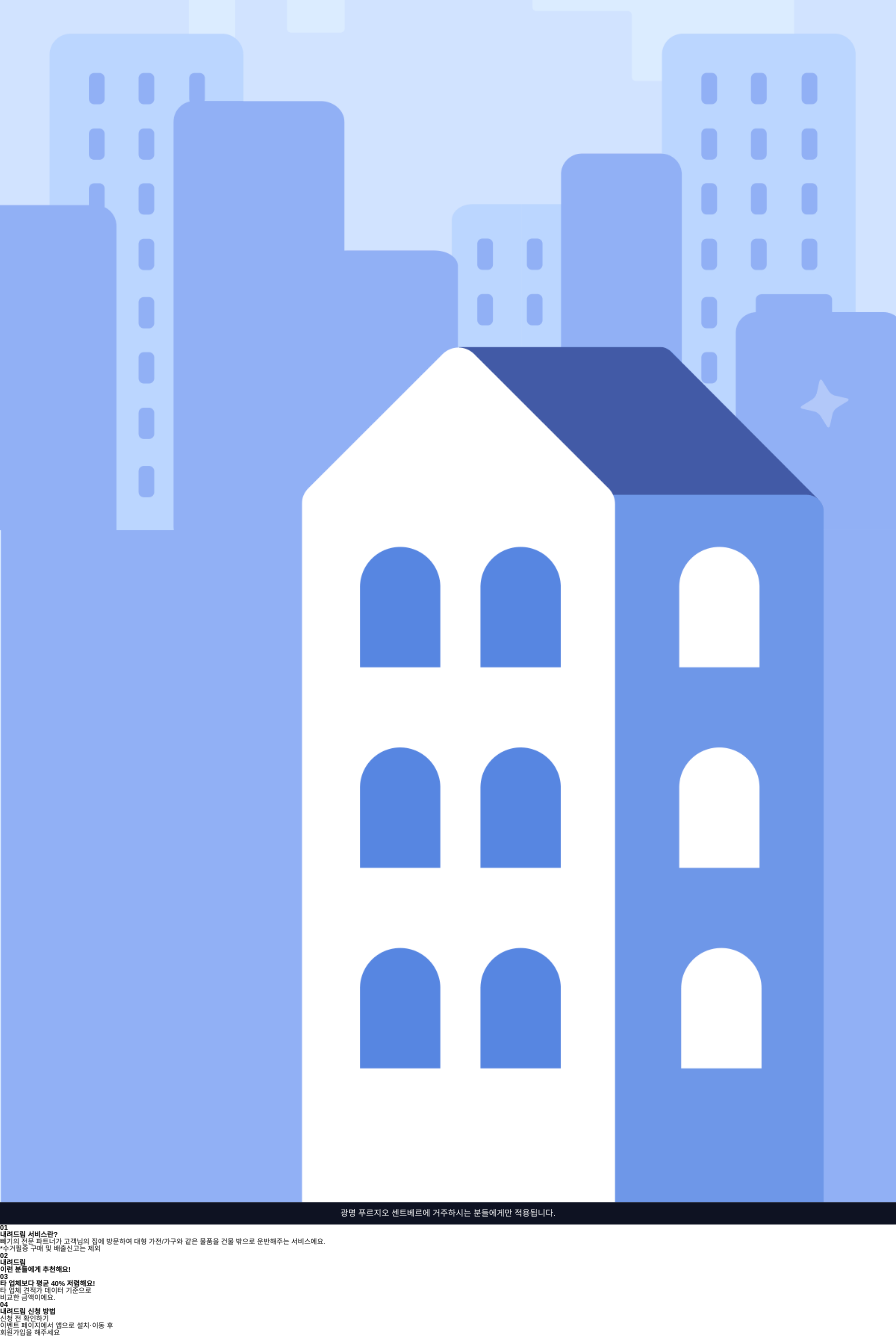
Repository: seraLeeDev/lgthinq-test
Page: index2.html
These files come from the project's save history. The page is drawn as it stood at one moment and after the next save; the edit follows.
The browser window is 1280 px wide. The pictures show the part of the page from y = 1725 to 3645 px (the page is 3635 px tall before and 3645 px after), at 70% of full size.
Some web fonts or font styles are not loaded; a fallback is used.

Above is the page before, as saved 2023-03-14 11:43:52.
Console error: ReferenceError: AOS is not defined

### index2.html
<!DOCTYPE html>
<html lang="ko">
  <head>
    <meta charset="UTF-8" />
    <meta http-equiv="X-UA-Compatible" content="IE=edge" />
    <meta name="viewport" content="width=device-width, initial-scale=1.0" />
    <title>빼기 | 새롭게 버리는 공식</title>
    <link as="style" rel="stylesheet" href="/css/reset.css" />
    <link as="style" rel="stylesheet" href="/css/font.css" />
    <link as="style" rel="stylesheet" href="/css/style.css" />
    <link href="https://unpkg.com/aos@2.3.1/dist/aos.css" rel="stylesheet" />
    <link
      rel="stylesheet"
      href="https://cdn.jsdelivr.net/gh/orioncactus/pretendard@v1.3.5/dist/web/static/pretendard-dynamic-subset.css"
    />
    <link
      rel="apple-touch-icon"
      sizes="57x57"
      href="/icons/apple-icon-57x57.png"
    />
    <link
      rel="apple-touch-icon"
      sizes="60x60"
      href="/icons/apple-icon-60x60.png"
    />
    <link
      rel="apple-touch-icon"
      sizes="72x72"
      href="/icons/apple-icon-72x72.png"
    />
    <link
      rel="apple-touch-icon"
      sizes="76x76"
      href="/icons/apple-icon-76x76.png"
    />
    <link
      rel="apple-touch-icon"
      sizes="114x114"
      href="/icons/apple-icon-114x114.png"
    />
    <link
      rel="apple-touch-icon"
      sizes="120x120"
      href="/icons/apple-icon-120x120.png"
    />
    <link
      rel="apple-touch-icon"
      sizes="144x144"
      href="/icons/apple-icon-144x144.png"
    />
    <link
      rel="apple-touch-icon"
      sizes="152x152"
      href="/icons/apple-icon-152x152.png"
    />
    <link
      rel="apple-touch-icon"
      sizes="180x180"
      href="/icons/apple-icon-180x180.png"
    />
    <link
      rel="icon"
      type="image/png"
      sizes="192x192"
      href="/icons/android-icon-192x192.png"
    />
    <link
      rel="icon"
      type="image/png"
      sizes="32x32"
      href="/icons/favicon-32x32.png"
    />
    <link
      rel="icon"
      type="image/png"
      sizes="96x96"
      href="/icons/favicon-96x96.png"
    />
    <link
      rel="icon"
      type="image/png"
      sizes="16x16"
      href="/icons/favicon-16x16.png"
    />
    <script type="text/javascript" src="/js/index.js"></script>
    <script src="https://unpkg.com/aos@2.3.1/dist/aos.js"></script>
  </head>
  <body>
    <div class="wrapper">
      <!-- 01 : 메인 -->
      <article class="article-box">
        <div class="full-img-box">
          <img src="./img/[LG ThinQ] main img.gif" alt="내려드림,할인드림" />
        </div>
        <div class="main-notice">
          <p>광명 푸르지오 센트베르에 거주하시는 분들에게만 적용됩니다.</p>
        </div>
      </article>
      <!-- 02 : ThinQ & 빼기 설명 -->
      <article></article>
      <!-- 03 : 내려드림 소개 -->
      <article>
        <!-- 03-1. 내려드림 서비스란? -->
        <section>
          <b>01</b>
          <h2>내려드림 서비스란?</h2>
          <p>
            빼기의 전문 파트너가 고객님의 집에 방문하여 대형 가전/가구와 같은
            물품을 건물 밖으로 운반해주는 서비스에요.
          </p>
          <small>*수거필증 구매 및 배출신고는 제외</small>
          <div></div>
        </section>
        <!-- 03-2. 내려드림 추천 -->
        <section>
          <b>02</b>
          <h2>
            <span>내려드림</span><br />
            이런 분들에게 추천해요!
          </h2>

          <div></div>
          <div></div>
          <div></div>
        </section>
        <!-- 03-3. 가격 설명 -->
        <section>
          <b>03</b>
          <h2>타 업체보다 <span>평균 40% 저렴</span>해요!</h2>
          <p>
            타 업체 견적가 데이터 기준으로<br />
            비교한 금액이에요.
          </p>
          <div></div>
          <div></div>
        </section>
        <!-- 03-4. 내려드림 신청 방법 -->
        <section>
          <b>04</b>
          <h2>내려드림 신청 방법</h2>
          <div>
            <span>신청 전 확인하기</span>
            <p>
              이벤트 페이지에서 앱으로 설치·이동 후 <br />회원가입을 해주세요
            </p>
          </div>
        </section>
      </article>
      <!-- 04 : 자주묻는 질문-->
      <article></article>
      <!-- 플로팅 버튼 -->
      <div class="btn-float"></div>
      <footer></footer>
    </div>
  </body>
</html>

### css/font.css
@charset "UTF-8";

@font-face {
  font-family: "Pretendard";
  src: url("https://cdn.jsdelivr.net/gh/orioncactus/pretendard@v1.3.5/dist/web/static/pretendard-dynamic-subset.css");
}

@font-face {
  font-family: "HGSoftGGothicssi";
  font-style: normal;
  font-weight: 100;
  src: url(/font/HGSoftGGothicssi-00g.woff2) format("woff2"),
    url(/font/HGSoftGGothicssi-00g.woff) format("woff"),
    url(/font/HGSoftGGothicssi-00g.otf) format("opentype");
}

@font-face {
  font-family: "HGSoftGGothicssi";
  font-style: normal;
  font-weight: 200;
  src: url(/font/HGSoftGGothicssi-20g.woff2) format("woff2"),
    url(/font/HGSoftGGothicssi-20g.woff) format("woff"),
    url(/font/HGSoftGGothicssi-20g.otf) format("opentype");
}

@font-face {
  font-family: "HGSoftGGothicssi";
  font-style: normal;
  font-weight: 400;
  src: url(/font/HGSoftGGothicssi-40g.woff2) format("woff2"),
    url(/font/HGSoftGGothicssi-40g.woff) format("woff"),
    url(/font/HGSoftGGothicssi-40g.otf) format("opentype");
}

@font-face {
  font-family: "HGSoftGGothicssi";
  font-style: normal;
  font-weight: 600;
  src: url(/font/HGSoftGGothicssi-60g.woff2) format("woff2"),
    url(/font/HGSoftGGothicssi-60g.woff) format("woff"),
    url(/font/HGSoftGGothicssi-60g.otf) format("opentype");
}

@font-face {
  font-family: "HGSoftGGothicssi";
  font-style: normal;
  font-weight: 800;
  src: url(/font/HGSoftGGothicssi-80g.woff2) format("woff2"),
    url(/font/HGSoftGGothicssi-80g.woff) format("woff"),
    url(/font/HGSoftGGothicssi-80g.otf) format("opentype");
}

@font-face {
  font-family: "HGSoftGGothicssi";
  font-style: normal;
  font-weight: 900;
  src: url(/font/HGSoftGGothicssi-90g.woff2) format("woff2"),
    url(/font/HGSoftGGothicssi-90g.woff) format("woff"),
    url(/font/HGSoftGGothicssi-90g.otf) format("opentype");
}

### css/style.css
@charset "UTF-8";
/* typo style */
html,
body,
.wrapper {
  font-family: "Pretendard", sans-serif !important;
  font-size: 10px; /*1rem: 10px*/
}
.wrapper .GGothic {
  font-family: "HGSoftGGothicssi", sans-serif !important;
}

.font-semiBold {
  font-weight: 600 !important;
}

.font-bold {
  font-weight: 800 !important;
}

.font-extraBold {
  font-weight: 900 !important;
}

/* Box style */
.full-img-box {
  width: 100%;
}
.full-img-box img {
  width: 100%;
  vertical-align: bottom;
}

/* article 1 style */
.main-notice {
  width: 100%;
  padding: 10px 0;
  background: #0e1222;
}

.main-notice p {
  width: 100%;
  text-align: center;
  font-size: 1.2rem;
  color: #fff;
}
/* article 2 style */
/* article 3 style */
/* article 4 style */
/* article 5 style */

Loaded but not shown: css/reset.css (common file); js/index.js (common file)

After the next save:
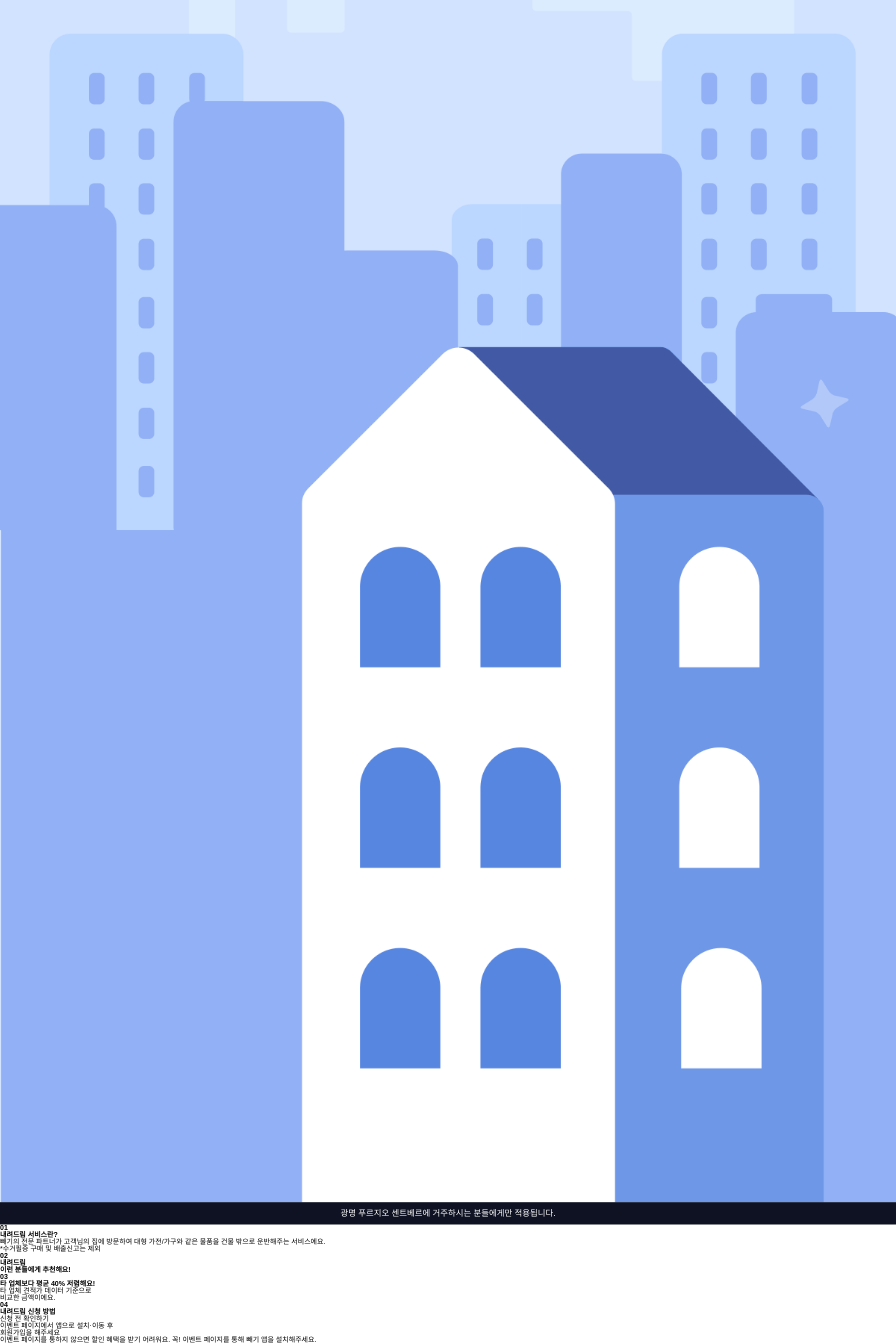
Saved 12 s later.
--- a/index2.html
+++ b/index2.html
@@ -144,6 +144,12 @@
               이벤트 페이지에서 앱으로 설치·이동 후 <br />회원가입을 해주세요
             </p>
           </div>
+          <div>
+            <small
+              >이벤트 페이지를 통하지 않으면 할인 혜택을 받기 어려워요. 꼭!
+              이벤트 페이지를 통해 빼기 앱을 설치해주세요.</small
+            >
+          </div>
         </section>
       </article>
       <!-- 04 : 자주묻는 질문-->
